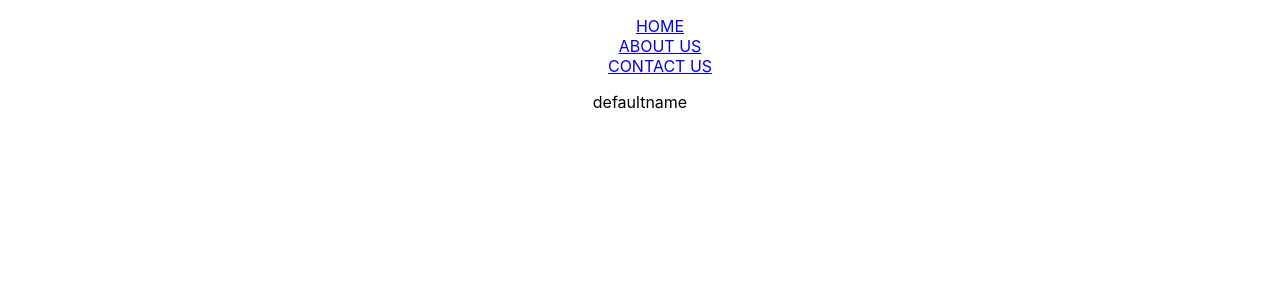
Repository: mohamediyas/boilermdIyas
Page: /1
An editor plug-in stored every save of this project. The page is shown before and after the next save, followed by the edit.
The browser window is 1280 px wide. The pictures show the whole page.
The project was rebuilt for these pictures with package versions that can differ from the ones it lists, and the page was loaded fresh each time. Also part of the build but not shown: src/BoilerPlate/Router/Component/About.js, src/BoilerPlate/Router/Component/Home.js, src/BoilerPlate/Router/Component/Contact.js, src/BoilerPlate/Router/Component/Error.js.

Above is the page before, as saved 2021-01-08 21:58:18.

After the next save:
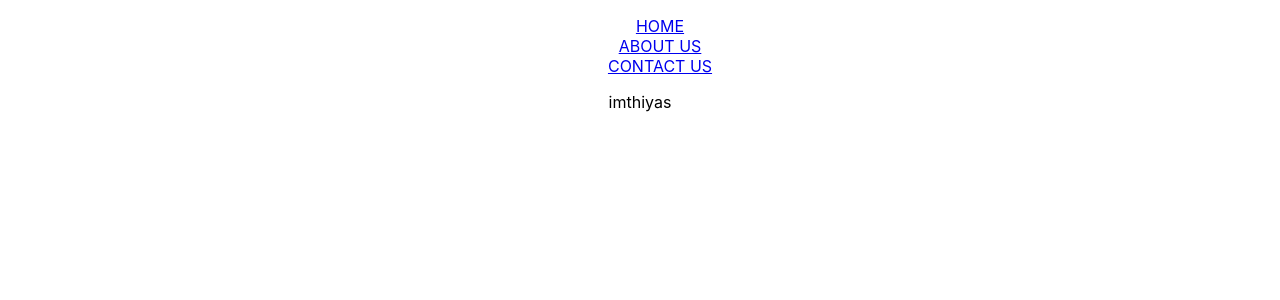
Saved 21 s later.
--- a/src/BoilerPlate/Router/Person.js
+++ b/src/BoilerPlate/Router/Person.js
@@ -9,6 +9,7 @@ function Person() {
     let paramName = data.find((name) => {
       return name.id === parseInt(id);
     });
+    setName(paramName.name);
   }, []);
 
   return <div>{name}</div>;
